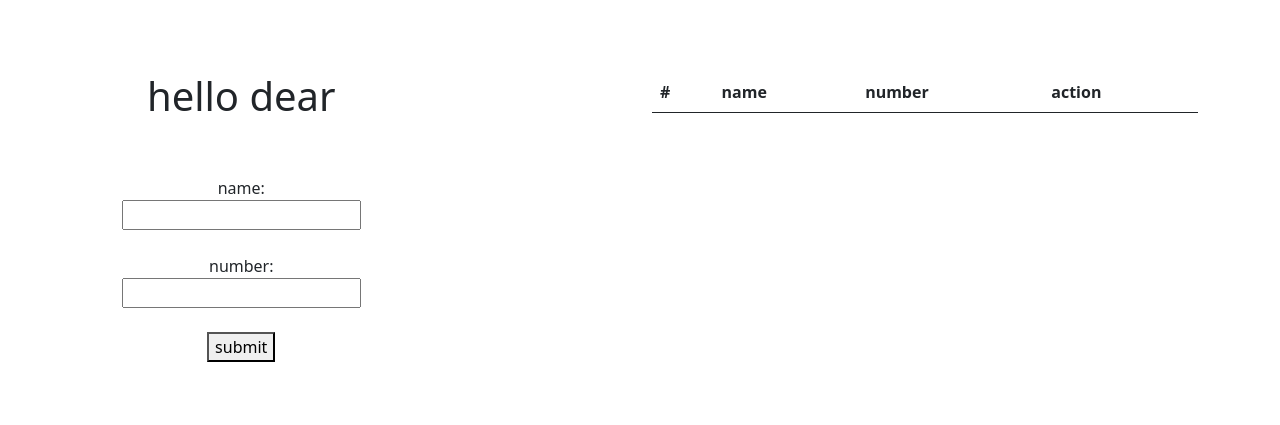
Repository: umangtalpara/ajax
Page: index.html
The author's editor kept a copy of each file at every save. The page is drawn from the files as they stood at one save, then again after a run of saves.
The browser window is 1280 px wide. The pictures show the whole page.

Above is the page before, as saved 2021-07-07 20:59:35.
Console error: SyntaxError: Unexpected identifier 'error'

### index.html
<!DOCTYPE html>
<html lang="en">

<head>
    <meta charset="UTF-8">
    <meta http-equiv="X-UA-Compatible" content="IE=edge">
    <meta name="viewport" content="width=device-width, initial-scale=1.0">
    <title>ajax</title>
    <script src="https://code.jquery.com/jquery-3.6.0.js"
        integrity="sha256-H+K7U5CnXl1h5ywQfKtSj8PCmoN9aaq30gDh27Xc0jk=" crossorigin="anonymous"></script>
    <!-- CSS only -->
    <link href="https://cdn.jsdelivr.net/npm/bootstrap@5.0.2/dist/css/bootstrap.min.css" rel="stylesheet"
        integrity="sha384-EVSTQN3/azprG1Anm3QDgpJLIm9Nao0Yz1ztcQTwFspd3yD65VohhpuuCOmLASjC" crossorigin="anonymous">
    <!-- JavaScript Bundle with Popper -->
    <script src="https://cdn.jsdelivr.net/npm/bootstrap@5.0.2/dist/js/bootstrap.bundle.min.js"
        integrity="sha384-MrcW6ZMFYlzcLA8Nl+NtUVF0sA7MsXsP1UyJoMp4YLEuNSfAP+JcXn/tWtIaxVXM"
        crossorigin="anonymous"></script>
    <link rel="stylesheet" href="./ajax.css" />


</head>

<body>

    <div class="container">

        <div class="row">
            <div class="col">
                <div class="col-sm-7 text-center">
                    <form id="form" action="insert.php" method="POST">
                        <br><br><br>
                        <h1>hello dear</h1><br><br>
                        <div id="msg" style="color: red;"></div>
                        <label>name:</label><br>
                        <input type="text" id="name" /><br><br>
                        <label>number:</label><br>
                        <input type="text" id="number" /><br><br>
                        <button id="submit" type="submit"> submit</button>
                    </form>
                </div>
            </div>
            <div class="col">
                <div class="col-sm-7 text-center"></div>
                <table class="table">
                    <thead>
                        <br><br><br>
                        <tr>
                            <th scope="col">#</th>
                            <th scope="col">name</th>
                            <th scope="col">number</th>
                            <th scope="col">action</th>
                        </tr>
                    </thead>
                    <tbody id="tbody">

                    </tbody>
                </table>
            </div>
        </div>
    </div>



    <script src="./ajax.js"></script>
</body>

</html>

### ajax.css
.float-container {
    border: 3px solid #fff;
    padding: 20px;
}

.float-child {
    width: 50%;
    float: left;
    padding: 20px;
    border: 2px solid red;
}

### ajax.js
$(document).ready(function(){

//code for data show
function showdata(){
    output="";
    $.ajax({
        url: "retrieve.php",
        method: "GET",
        // timeout: 10,
        dataType:'json',
        success:function(data){
            // console.log(data);
            if (data) {
                x = data;
            }else {
                x = "";
            }
            for(i=0; i<x.length; i++){
                output += "<tr><td>" + x[i].id + "</td><td>" + x[i].name + " </td><td> " + x[i].number + " </td><td> <button class='btn btn-danger btn-sm btn-active' data-sid=" + x[i].id+ " >active</button> <button class='btn btn-danger btn-sm btn-delete' data-sid=" + x[i].id+ " >delete</button></td></tr> "
            }
            $("#tbody").html(output);

        },
        error: function (errorMessage) {
            $('#msg').append('Error: ' +errorMessage );
        }
    });
}
showdata();

 //code for data insert
$("#submit").click(function(e){
    e.preventDefault();
    console.log("submit button clicked");
    let nm = $("#name").val();
    let mn = $("#number").val();
    // console.log(nm);
    // console.log(mn);

    mydata = { name:nm, number:mn };
    // console.log(mydata);

    $.ajax({
        url: "insert.php",
        method: "POST",
        data: JSON.stringify(mydata),
        success: function(data){
            // console.log(data);
            msg ="<div class='alert alert-dark mt-3'>" + data + "</div>";
            $("#msg").html(msg);
            $('#form')[0].reset();
            showdata()
        },
    });
});

// delete code
$("tbody").on("click",".btn-delete",function(){
    console.log("delete button clicked");
    let id = $(this).attr("data-sid");
    // console.log(id);
    mydata = {sid:id};
    $.ajax({
        url:"delete.php",
        method: "POST",
        data: JSON.stringify(mydata),
        success: function(data){
            // console.log(data);
            showdata()
            msg ="<div class='alert alert-dark mt-3'>" + data + "</div>";
            $("#msg").html(msg);
        }
         error: function () {
            $('#msg').append('Error: ' );
        }
    });
});

After the next 2 saves:
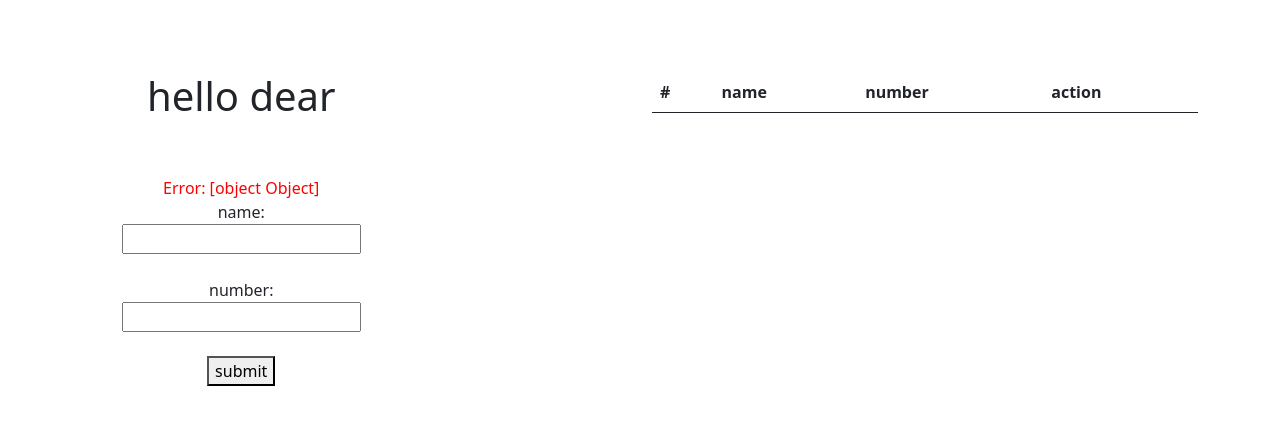
The error is gone.
The 2 saves are shown as one change because they came seconds apart.
The last was saved 9 s later.
--- a/ajax.js
+++ b/ajax.js
@@ -69,9 +69,10 @@ $("tbody").on("click",".btn-delete",function(){
             showdata()
             msg ="<div class='alert alert-dark mt-3'>" + data + "</div>";
             $("#msg").html(msg);
-        }
+        },
          error: function () {
             $('#msg').append('Error: ' );
         }
     });
 });
+});
